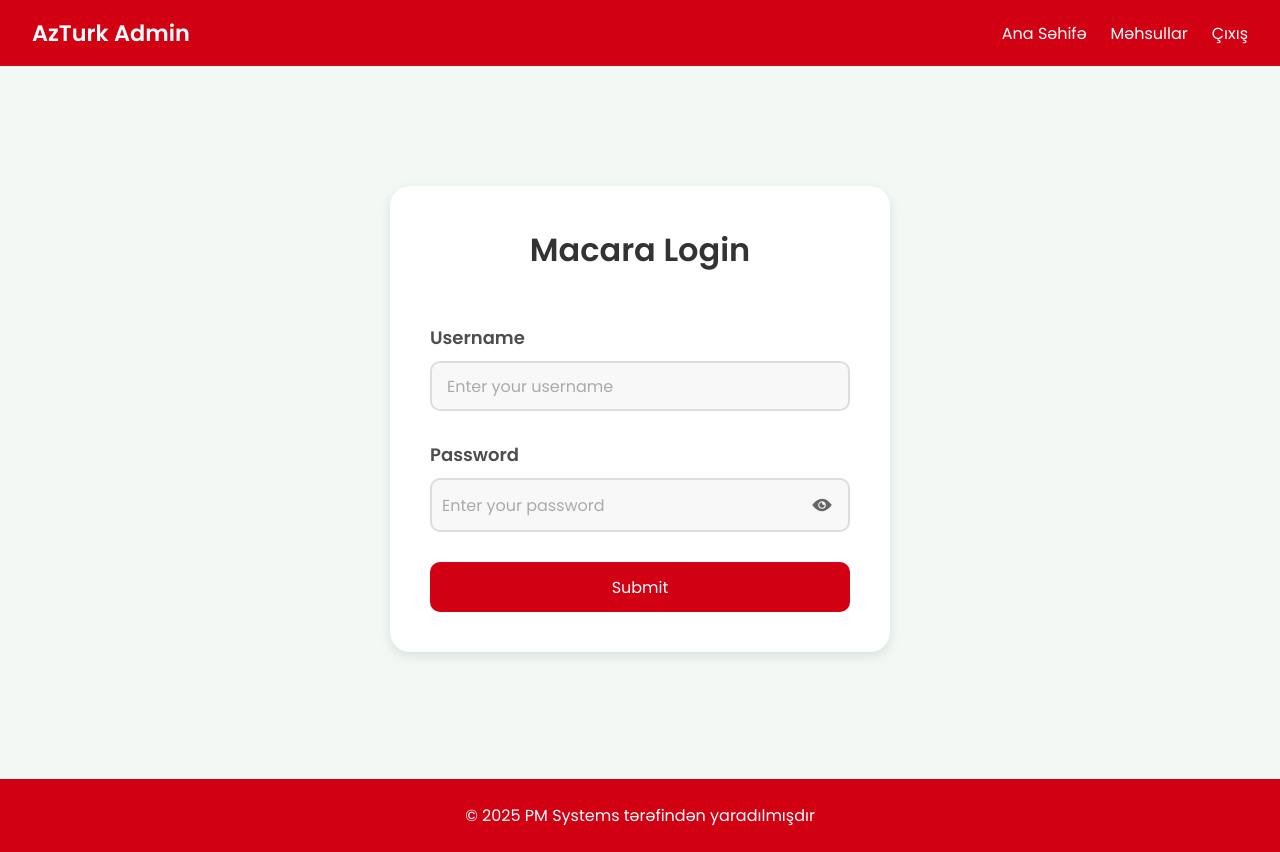
Repository: pmsystemsdevteam/AzTurkPackage-admin
Page: /login (app in admin/)
An editor plug-in stored every save of this project. The page is shown before and after the next save, followed by the edit.
The browser window is 1280 px wide. The pictures show the whole page.
The project was rebuilt for these pictures with package versions that can differ from the ones it lists, and the page was loaded fresh each time. Also part of the build but not shown: admin/vite.config.js, admin/src/Pages/HomePage.jsx, admin/src/Pages/SameScssOne/AddPage.jsx, admin/src/Pages/SameScssOne/UpdatePage.jsx, admin/src/Components/DeleteModal/DeleteModal.jsx, admin/src/Pages/SameScssTwo/FoodPage.jsx.

Above is the page before, as saved 2025-07-28 16:51:18.

### admin/index.html
<!doctype html>
<html lang="en">
  <head>
    <meta charset="UTF-8" />
    <link rel="icon" type="image/svg+xml" href="/vite.svg" />
    <meta name="viewport" content="width=device-width, initial-scale=1.0" />
    <link rel="shortcut icon" href="https://icones.pro/wp-content/uploads/2022/07/icones-d-administration-rouge.png" type="image/x-icon">
    <title>AzTurk Admin</title>
  </head>
  <body>
    <div id="root"></div>
    <script type="module" src="/src/main.jsx"></script>
  </body>
</html>

### admin/src/App.jsx
import { BrowserRouter, Route, Routes, Navigate, Outlet } from "react-router-dom";
import "./App.css";
import NotMean from "./Components/NotMean/NotMean";
import Footer from "./Layout/Footer/Footer";
import Navbar from "./Layout/Navbar/Navbar";
import HomePage from "./Pages/HomePage";
import LoginPage from "./Pages/LoginPage";
import AddPage from "./Pages/SameScssOne/AddPage";
import UpdatePage from "./Pages/SameScssOne/UpdatePage";
import FoodPage from "./Pages/SameScssTwo/FoodPage";

const PrivateRoute = () => {
  return localStorage.getItem("access_token") ? <Outlet /> : <Navigate to="/login" replace />;
};

const PublicRoute = () => {
  return localStorage.getItem("access_token") ? <Navigate to="/dashboard" replace /> : <Outlet />;
};

function App() {
  return (
    <BrowserRouter>
      <Navbar />
      <NotMean />
      <Routes>
        <Route element={<PublicRoute />}>
          <Route path="/login" element={<LoginPage />} />
        </Route>
        <Route element={<PrivateRoute />}>
          <Route path="/dashboard" element={<HomePage />} />
          <Route path="/erzaq" element={<FoodPage />} />
          <Route path="/erzaq/edit/:id" element={<UpdatePage />} />
          <Route path="/erzaq/add" element={<AddPage />} />
          <Route path="*" element={<Navigate to="/dashboard" replace />} />
        </Route>
        <Route path="*" element={<Navigate to="/login" replace />} />
      </Routes>
      <Footer />
    </BrowserRouter>
  );
}

export default App;

### admin/src/App.css
* {
  padding: 0;
  margin: 0;
  box-sizing: border-box;
}
::-webkit-scrollbar {
  width: 10px;
  height: 10px;
}

::-webkit-scrollbar-track {
  background: #ffe0d1;
  border-radius: 5px;
}

::-webkit-scrollbar-thumb {
  background: #D10013;
  border-radius: 5px;
  border: 2px solid #ffe0d1;
}

::-webkit-scrollbar-thumb:hover {
  background: #ff5722;
}

* {
  scrollbar-color: #D10013 #ffe0d1;
  scrollbar-width: thin;
}

### admin/src/Components/NotMean/NotMean.jsx
import React from 'react'
import './NotMean.scss'

function NotMean() {
  return (
    <div className="not-mean-container">
      NotMean Səhifəsi
    </div>
  )
}

export default NotMean

### admin/src/Layout/Footer/Footer.jsx
import React from 'react'
import './Footer.scss'

function Footer() {
  const year = new Date().getFullYear();
  return (
    <footer className="footer">
      <p>© {year} PM Systems tərəfindən yaradılmışdır</p>
    </footer>
  )
}

export default Footer

### admin/src/Layout/Navbar/Navbar.jsx
import React, { useState } from "react";
import { Link, useNavigate } from "react-router-dom";
import "./Navbar.scss";

const Navbar = () => {
  const [isOpen, setIsOpen] = useState(false);
  const navigate = useNavigate();

  const toggleMenu = () => {
    setIsOpen(!isOpen);
  };

  const handleLogout = () => {
    localStorage.removeItem("access_token");
    localStorage.removeItem("refresh_token");
    setIsOpen(false);
    navigate("/login");
  };

  return (
    <nav className="navbar">
      <div className="logo">
        <Link to="/">AzTurk Admin</Link>
      </div>
      <div className={`nav-links ${isOpen ? "open" : ""}`}>
        <Link to="/" onClick={toggleMenu}>Ana Səhifə</Link>
        <Link to="/erzaq" onClick={toggleMenu}>Məhsullar</Link>
        <button className="logout-button" onClick={handleLogout}>Çıxış</button>
      </div>
      <div className="hamburger" onClick={toggleMenu}>
        {isOpen ? "✕" : "☰"}
      </div>
    </nav>
  );
};

export default Navbar;

### admin/src/Pages/LoginPage.jsx
import React, { useState } from "react";
import "./Main.scss";
import { IoIosEye, IoIosEyeOff } from "react-icons/io";
import axios from "axios";
import { useNavigate } from "react-router-dom";

function LoginPage() {
  const [eye, setEye] = useState(false);
  const [loading, setLoading] = useState(false);
  const [formData, setFormData] = useState({
    username: "",
    password: "",
  });
  const [error, setError] = useState("");
  const navigate = useNavigate();

  const handleEye = () => setEye(!eye);

  const handleChange = (e) => {
    setFormData({ ...formData, [e.target.name]: e.target.value });
    setError("");
  };

  const handleSubmit = async (e) => {
    e.preventDefault();
    setLoading(true);
    setError("");

    try {
      const response = await axios.post("http://192.168.30.73:8000/api/auth/token/", {
        username: formData.username,
        password: formData.password,
      });

      // Assuming the response contains access and refresh tokens
      localStorage.setItem("access_token", response.data.access);
      localStorage.setItem("refresh_token", response.data.refresh);

      // Redirect to a protected route (e.g., dashboard)
      navigate("/dashboard");
    } catch (err) {
      setError(
        err.response?.data?.detail || "Login failed. Please try again."
      );
    } finally {
      setLoading(false);
    }
  };

  return (
    <section id="loginPage">
      <form onSubmit={handleSubmit}>
        <h1>Macara Login</h1>
        {error && <p className="error">{error}</p>}
        <div className="form-group">
          <label>Username</label>
          <input
            type="text"
            name="username"
            placeholder="Enter your username"
            value={formData.username}
            onChange={handleChange}
            required
          />
        </div>
        <div className="form-group">
          <label>Password</label>
          <div className="input-wrapper">
            <input
              type={eye ? "text" : "password"}
              name="password"
              placeholder="Enter your password"
              value={formData.password}
              onChange={handleChange}
              required
            />
            <span className="eye-icon" onClick={handleEye}>
              {eye ? <IoIosEyeOff /> : <IoIosEye />}
            </span>
          </div>
        </div>
        <button type="submit" disabled={loading}>
          {loading ? (
            <img
              src="https://raw.githubusercontent.com/Codelessly/FlutterLoadingGIFs/master/packages/cupertino_activity_indicator_large.gif"
              alt="loading"
            />
          ) : (
            "Submit"
          )}
        </button>
      </form>
    </section>
  );
}

export default LoginPage;

### admin/src/Components/NotMean/NotMean.scss
.not-mean-container {
    font-family: 'Poppins', sans-serif;
    font-size: 1.2rem;
    margin-top: 30px;
    color: #333;
    background: red;
  }

  /* Responsiv dizayn */
  @media (max-width: 768px) {
    .not-mean-container {
      padding: 1rem;
      font-size: 1rem;
    margin-top: 20px;

    }
  }

  @media (max-width: 480px) {
    .not-mean-container {
      font-size: 0.95rem;
    }
  }

### admin/src/Layout/Footer/Footer.scss
@import url('https://fonts.googleapis.com/css2?family=Poppins:wght@400;600&display=swap');

.footer {
  background-color: #D10013; // yeməyə aid narıncı ton
  color: #fff;
  text-align: center;
  padding: 1.5rem 1rem;
  font-family: 'Poppins', sans-serif;
  font-size: 1rem;

  p {
    margin: 0;
    font-weight: 400;
  }

  @media (max-width: 600px) {
    font-size: 0.9rem;
    padding: 1rem;
  }
}

### admin/src/Layout/Navbar/Navbar.scss
@import url("https://fonts.googleapis.com/css2?family=Poppins:wght@400;600&display=swap");

.navbar {
  background-color: #D10013;
  display: flex;
  justify-content: space-between;
  align-items: center;
  padding: 1rem 2rem;
  font-family: "Poppins", sans-serif;
  color: #fff;
  z-index: 2;
  position: fixed;
  top: 0;
  left: 0;
  width: 100%;

  .logo a {
    color: #fff;
    text-decoration: none;
    font-size: 1.4rem;
    font-weight: 600;
  }

  .nav-links {
    display: flex;
    gap: 1.5rem;

    a, .logout-button {
      color: #fff;
      text-decoration: none;
      font-weight: 500;
      background: none;
      border: none;
      font-size: inherit;
      font-family: inherit;
      cursor: pointer;
      padding: 0;

      &:hover {
        text-decoration: underline;
      }
    }
  }

  .hamburger {
    display: none;
    font-size: 2rem;
    cursor: pointer;
    color: #fff;
    z-index: 1001;
  }

  @media (max-width: 768px) {
    .nav-links {
      position: fixed;
      top: 0;
      right: -100%;
      height: 100vh;
      width: 250px;
      background-color: #D10013;
      flex-direction: column;
      align-items: flex-start;
      padding: 5rem 2rem;
      gap: 1.5rem;
      transition: right 0.3s ease-in-out;
      z-index: 1000;

      a, .logout-button {
        font-size: 1.2rem;
        width: 100%;
      }
    }

    .nav-links.open {
      right: 0;
    }

    .hamburger {
      display: block;
    }

    .logo {
      z-index: 1001;
    }
  }
}

### admin/src/Pages/Main.scss
@import url("https://fonts.googleapis.com/css2?family=Poppins:wght@400;600&display=swap");

.home-container {
  position: relative;
  height: 83vh;
  background-image: url("https://img.freepik.com/premium-photo/mail-boxes-shipping-packaging-background-wallpaper_446063-240.jpg");
  background-size: cover;
  background-position: center;
  background-repeat: no-repeat;
  overflow: hidden;
  font-family: "Poppins", sans-serif;
}

.face {
  position: absolute;
  top: 0;
  left: 0;
  width: 100%;
  height: 100%;
  background: rgba(0, 0, 0, 0.34);
  display: flex;
  flex-direction: column;
  justify-content: center;
  align-items: center;
  text-align: center;
  padding: 2rem;
  color: #fff;
}

.count-text {
  font-size: 1.8rem;
}

.icon-wrapper {
  margin-bottom: 1.5rem;
}

.animated-icon {
  font-size: 4rem;
  color: #D10013;
  animation: pulse 1.5s infinite;
}

/* Animasiya */
@keyframes pulse {
  0% {
    transform: scale(1);
    opacity: 0.8;
  }
  50% {
    transform: scale(1.2);
    opacity: 1;
  }
  100% {
    transform: scale(1);
    opacity: 0.8;
  }
}

/* Responsiv */
@media (max-width: 600px) {
  .count-text {
    font-size: 1.4rem;
  }

  .animated-icon {
    font-size: 3rem;
  }
}

#loginPage {
  height: 100vh;
  display: flex;
  justify-content: center;
  align-items: center;
  background: #f2f9f4; /* Təbii yaşıl və krem qarışığı */
  form {
    background: #ffffff; /* Ağ və açıq rəngli arxa plan */
    padding: 40px;
    border-radius: 20px;
    display: flex;
    flex-direction: column;
    gap: 30px;
    box-shadow: 0 4px 12px rgba(0, 0, 0, 0.1);
    font-family: "Poppins", sans-serif;
    width: 500px;
    @media (max-width: 768px) {
      width: 300px;
    }
    h1 {
      font-size: 32px;
      font-family: "Poppins", sans-serif;

      text-align: center;
      color: #333; /* Başlıq üçün şərq boz */
      margin-bottom: 20px;
    }

    .form-group {
      display: flex;
      flex-direction: column;
      gap: 10px;

      label {
        font-size: 18px;
        font-weight: bold;
        color: #4e4e4e;
      }

      input {
        height: 50px;
        padding: 15px;
        border-radius: 10px;
        border: 2px solid #ddd;
        background: #f8f8f8;
        font-family: "Poppins", sans-serif;

        font-size: 16px;
        color: #333;
        outline: none;

        &:focus {
          border-color: #D10013;
        }
        @media (max-width: 768px) {
          width: 100%;
        }
        &::placeholder {
          color: #aaa; /* Göstərilməyən mətndə təbii rəng */
        }
      }

      .input-wrapper {
        display: flex;
        align-items: center;
        background: #f8f8f8;
        border-radius: 10px;
        padding: 0px 15px 0px 0px;
        border: 2px solid #ddd;

        input {
          flex: 1;
          background: transparent;
          border: none;
          outline: none; /* Input-a fokus olunduqda outline-ı silirik */
          padding: 10px; /* Düzgün görünüş üçün */

        }



        .eye-icon {
          font-size: 22px;
          color: #666;
          cursor: pointer;
          display: flex;
        }
      }

    }

    button {
      height: 50px;
      background-color: #D10013;
      color: white;
      font-size: 16px;
      font-family: "Poppins", sans-serif;

      border: none;
      border-radius: 10px;
      cursor: pointer;
      transition: background 0.3s ease;

      &:hover {
        background-color: #ff5722;
      }

      img {
        width: 40px;
        height: auto;
      }
    }

    @media (max-width: 757px) {
      width: 90%;
      padding: 30px 20px;

      .form-group {
        width: 100%;
      }
    }
  }
}

### admin/src/Pages/SameScssOne/UpdatePage.scss
@import url("https://fonts.googleapis.com/css2?family=Poppins:wght@400;600&display=swap");

.update-page {
  padding: 2rem;
  font-family: "Poppins", sans-serif;
  background-color: #f8f9fa;
  min-height: 83vh;
  display: flex;
  flex-direction: column;
  align-items: center;

  .error {
    color: #b72d44;
    margin-bottom: 1rem;
    font-weight: bold;
    width: 100%;
    max-width: 1200px;
    text-align: center;
  }

  .title {
    text-align: center;
    font-size: 2rem;
    color: #d10013;
    margin-bottom: 1.5rem;
    width: 100%;
    max-width: 1200px;
  }

  .update-form {
    width: 100%;
    background-color: #fff;
    padding: 2rem;
    box-shadow: 0 4px 6px rgba(0, 0, 0, 0.1);
    border-radius: 8px;
    display: grid;
    grid-template-columns: repeat(auto-fit, minmax(300px, 1fr));
    gap: 2rem;

    .form-group {
      display: flex;
      flex-direction: column;
      margin-bottom: 1.5rem;
      position: relative;

      label {
        font-weight: 600;
        margin-bottom: 0.5rem;
        color: #333;
        display: flex;
        align-items: center;
        gap: 0.5rem;

        .info-icon {
          cursor: pointer;
          color: #d10013;
          font-size: 1.2rem;

          i {
            display: flex;
            align-items: center;
          }
        }
      }

      input,
      textarea,
      select {
        width: 100%;
        padding: 0.8rem;
        font-size: 1rem;
        border: 1px solid #ddd;
        border-radius: 5px;
        outline: none;
        transition: border 0.3s;

        &:focus {
          border-color: #d10013;
        }
      }

      textarea {
        resize: vertical;
        min-height: 100px;
      }

      select {
        cursor: pointer;
      }

      &.toggle-group {
        display: flex;
        flex-direction: row;
        align-items: center;
        gap: 1rem;

        .react-switch {
          vertical-align: middle;
        }

        .toggle-label {
          font-size: 1rem;
          color: #333;
        }
      }

      .type-dropdown {
        position: absolute;
        top: 100%;
        left: 0;
        width: 100%;
        max-height: 200px;
        overflow-y: auto;
        background-color: #fff;
        border: 1px solid #ddd;
        border-radius: 5px;
        box-shadow: 0 2px 4px rgba(0, 0, 0, 0.1);
        z-index: 1000;
        margin-top: 0.5rem;

        ul {
          list-style: none;
          padding: 0;
          margin: 0;

          li {
            padding: 0.8rem;
            cursor: pointer;
            transition: background-color 0.2s;

            &:hover {
              background-color: #f8f9fa;
            }
          }
        }
      }

      .image-preview {
        max-width: 150px;
        border-radius: 8px;
        margin-top: 1rem;
      }
    }

    .submit-btn {
      grid-column: 1 / -1;
      font-size: 1.2rem;
      background-color: #d10013;
      color: white;
      border: none;
      border-radius: 5px;
      cursor: pointer;
      transition: background-color 0.3s;
      display: flex;
      justify-content: center;
      align-items: center;
      padding: 20px;

      .loader {
        width: 40px;
        aspect-ratio: 2;
        --_g: no-repeat radial-gradient(circle closest-side, white 90%, #0000);
        background: var(--_g) 0% 50%, var(--_g) 50% 50%, var(--_g) 100% 50%;
        background-size: calc(100% / 3) 50%;
        animation: l3 1s infinite linear;
      }

      @keyframes l3 {
        20% {
          background-position: 0% 0%, 50% 50%, 100% 50%;
        }
        40% {
          background-position: 0% 100%, 50% 0%, 100% 50%;
        }
        60% {
          background-position: 0% 50%, 50% 100%, 100% 0%;
        }
        80% {
          background-position: 0% 50%, 50% 50%, 100% 100%;
        }
      }

      &:hover {
        background-color: #f44a58;
      }
    }
  }

  .image-modal {
    position: fixed;
    top: 0;
    left: 0;
    width: 100%;
    height: 100%;
    background: rgba(0, 0, 0, 0.5);
    display: flex;
    justify-content: center;
    align-items: center;
    z-index: 1000;

    .modal-content {
      background: white;
      padding: 20px;
      border-radius: 8px;
      position: relative;
      max-width: 50%;
      max-height: 90%;

      img {
        max-width: 100%;
        max-height: 80vh;
        object-fit: contain;
      }

      .close-modal {
        position: absolute;
        top: 10px;
        right: 10px;
        cursor: pointer;
        font-size: 24px;
        color: #d10013;
      }
    }
  }
}

@media (max-width: 768px) {
  .update-page {
    padding: 1rem;

    .update-form {
      padding: 1.5rem;
      grid-template-columns: 1fr;
      gap: 1rem;
    }
  }
}

@media (min-width: 769px) and (max-width: 1200px) {
  .update-form {
    max-width: 800px;
    grid-template-columns: repeat(auto-fit, minmax(300px, 1fr));
  }
}

### admin/src/Components/DeleteModal/DeleteModal.scss
@import url("https://fonts.googleapis.com/css2?family=Poppins:wght@400;600&display=swap");

.modal-overlay {
  position: fixed;
  top: 0;
  left: 0;
  width: 100%;
  height: 100%;
  background: rgba(0, 0, 0, 0.4); // arxa görünən hissə
  display: flex;
  justify-content: center;
  align-items: center;
  z-index: 1000;
  animation: fadeIn 0.3s ease-in-out;
}

.modal-box {
  background: white;
  padding: 2rem;
  border-radius: 12px;
  box-shadow: 0 10px 20px rgba(0, 0, 0, 0.2);
  text-align: center;
  font-family: 'Poppins', sans-serif;
  max-width: 400px;
  width: 90%;
  position: relative;
  animation: slideIn 0.3s ease-in-out;
}

.modal-box h3 {
  margin-bottom: 1.5rem;
  color: #333;
  font-weight: 600;
}

.modal-buttons {
  display: flex;
  justify-content: center;
  gap: 1rem;
}

.delete-btn {
  background-color: #f44336;
  color: white;
  border: none;
  padding: 0.6rem 1.2rem;
  border-radius: 6px;
  cursor: pointer;
  font-weight: 500;
}

.cancel-btn {
  background-color: #eee;
  color: #333;
  border: none;
  padding: 0.6rem 1.2rem;
  border-radius: 6px;
  cursor: pointer;
  font-weight: 500;
}

.close-button {
  position: absolute;
  top: 8px;
  right: 12px;
  font-size: 1.5rem;
  border: none;
  background: none;
  cursor: pointer;
  color: #888;
}

@keyframes fadeIn {
  from {
    opacity: 0;
  }
  to {
    opacity: 1;
  }
}

@keyframes slideIn {
  from {
    transform: translateY(-20px);
    opacity: 0.3;
  }
  to {
    transform: translateY(0);
    opacity: 1;
  }
}

Loaded but not shown: admin/src/main.jsx (common file); admin/src/Pages/SameScssTwo/FoodPage.scss (342 lines, source omitted); admin/src/index.css (no stored copy; drawn as an empty file)

After the next save:
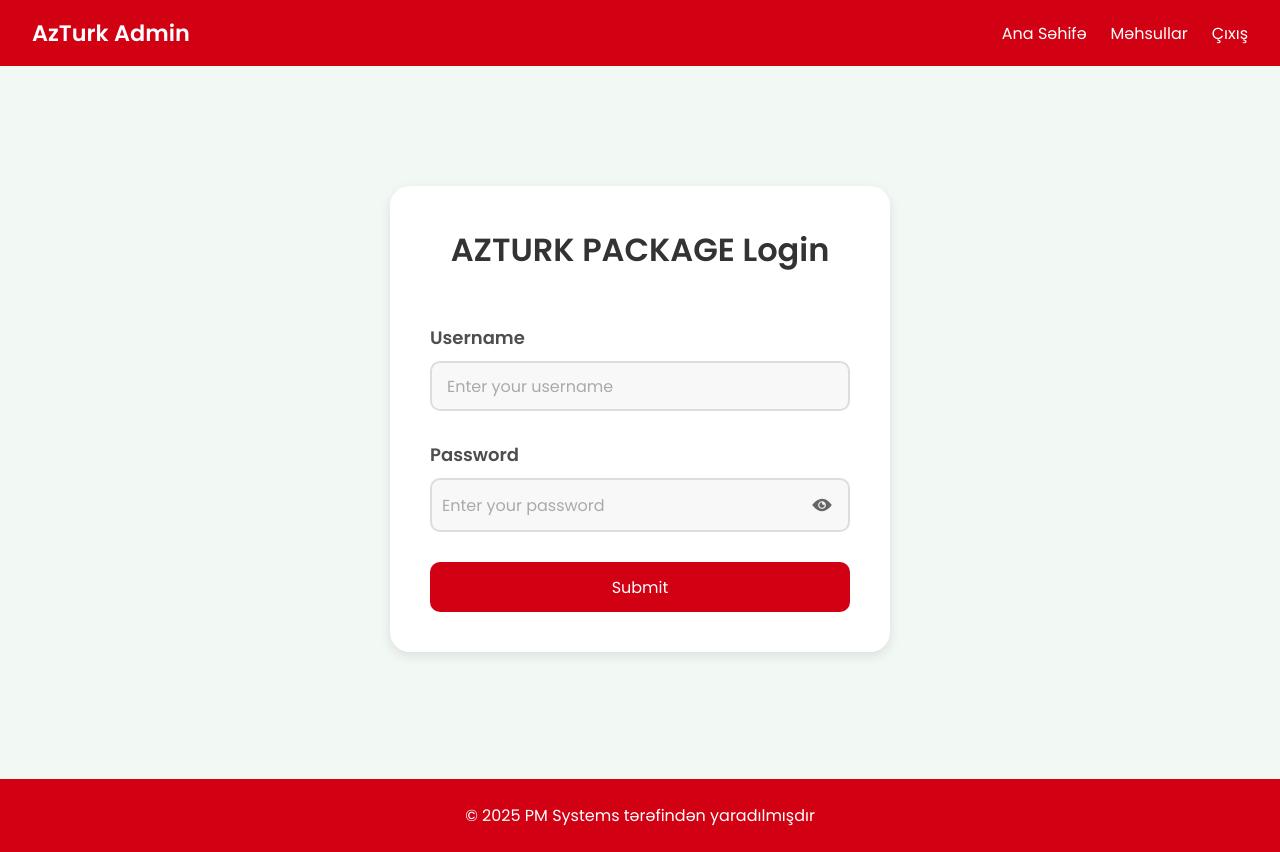
Saved 2 min 50 s later.
--- a/admin/src/Pages/LoginPage.jsx
+++ b/admin/src/Pages/LoginPage.jsx
@@ -50,7 +50,7 @@ function LoginPage() {
   return (
     <section id="loginPage">
       <form onSubmit={handleSubmit}>
-        <h1>Macara Login</h1>
+        <h1>AZTURK PACKAGE Login</h1>
         {error && <p className="error">{error}</p>}
         <div className="form-group">
           <label>Username</label>
